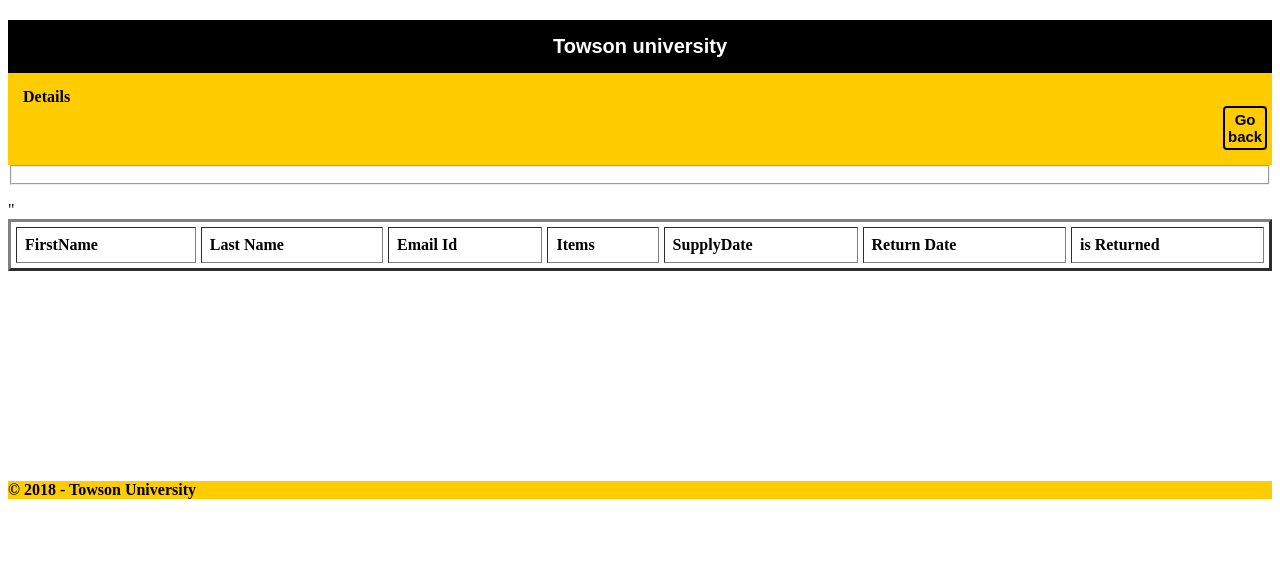
Repository: DatabaseCOSC578/eclipse-workspace11
Page: http://localhost/Supervisor/Supervisorshow.jsp
An editor plug-in stored every save of this project. The page is shown before and after the next save, followed by the edit.
The browser window is 1280 px wide. The pictures show the whole page.
The page is served by Tomcat 9. Queries for data that is not in the repository find no rows.

Above is the page before, as saved 2018-04-16 12:06:28.

After the next save:
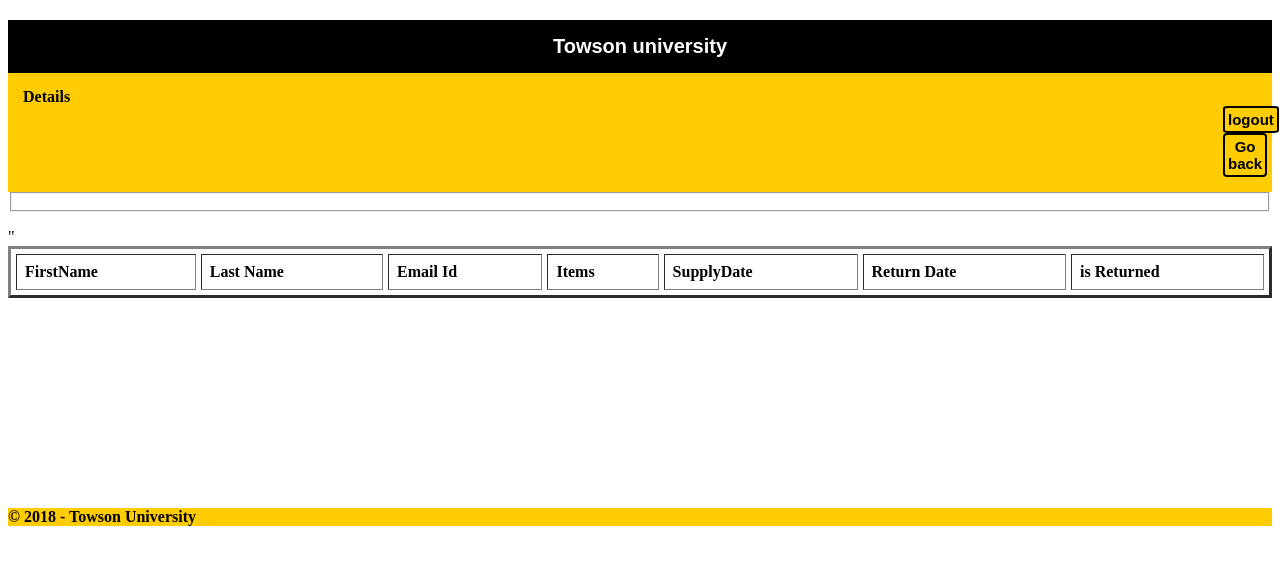
Saved 62 s later.
--- a/Supervisor/WebContent/Supervisorshow.jsp
+++ b/Supervisor/WebContent/Supervisorshow.jsp
@@ -11,7 +11,7 @@
 <form name="inputdetails" action="" method="post" id="form1">
 <div ><b>Details</b>
 
-
+<button id ="b1" type="submit" formaction="Supervisor.jsp">logout</button>
 <button id ="b1" type="submit" formaction="Supervisor.jsp">Go back</button>
 </div>
 <fieldset><center>
